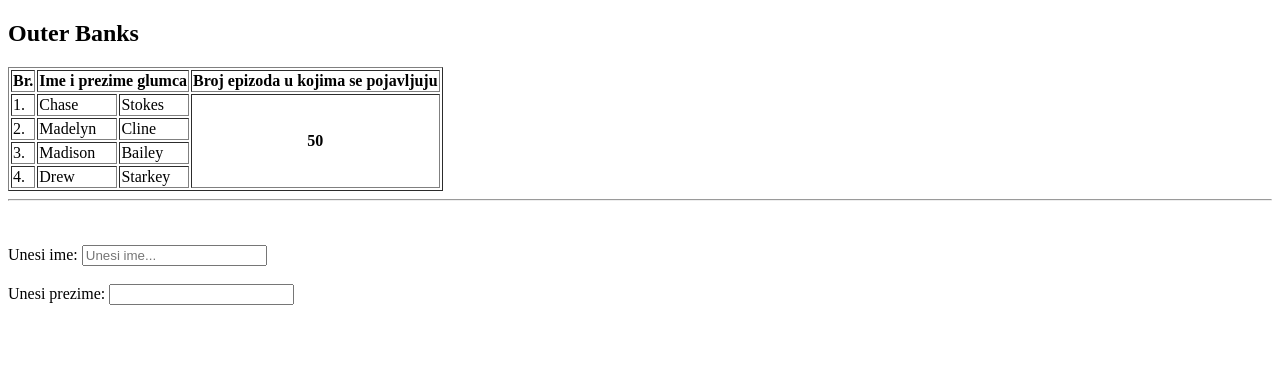
Repository: larabiondic/wp_biondic_lara
Page: Domace zadace/Zadaća.2.html
These files come from the project's save history. The page is drawn as it stood at one moment and after the next save; the edit follows.
The browser window is 1280 px wide. The pictures show the whole page.

Above is the page before, as saved 2025-11-03 20:29:20.

After the next save:
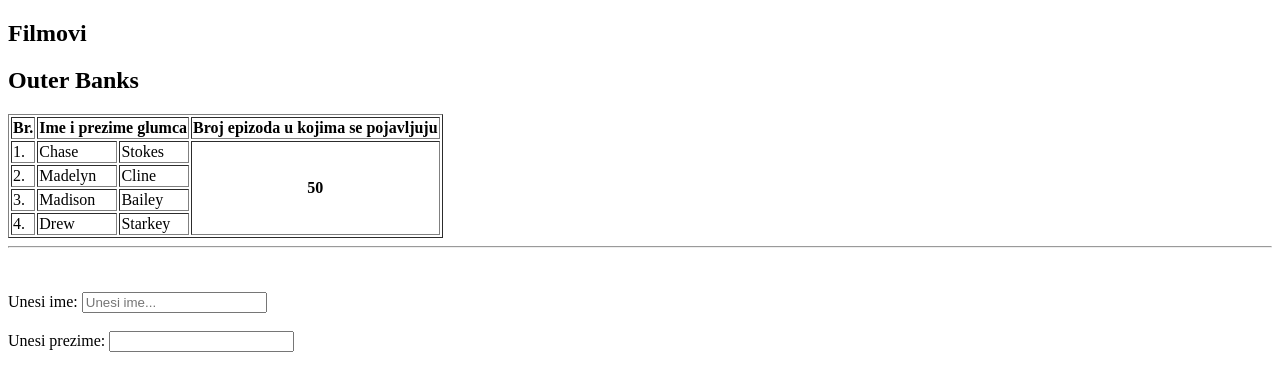
Saved 2 min 5 s later.
--- a/Domace zadace/Zadaća.2.html
+++ b/Domace zadace/Zadaća.2.html
@@ -8,6 +8,7 @@
     <title>Zadaća 2.</title>
 </head>
 <body>
+    <h2>Filmovi</h2>
     <h2>Outer Banks</h2>
     <table border="1">
         <tr>
